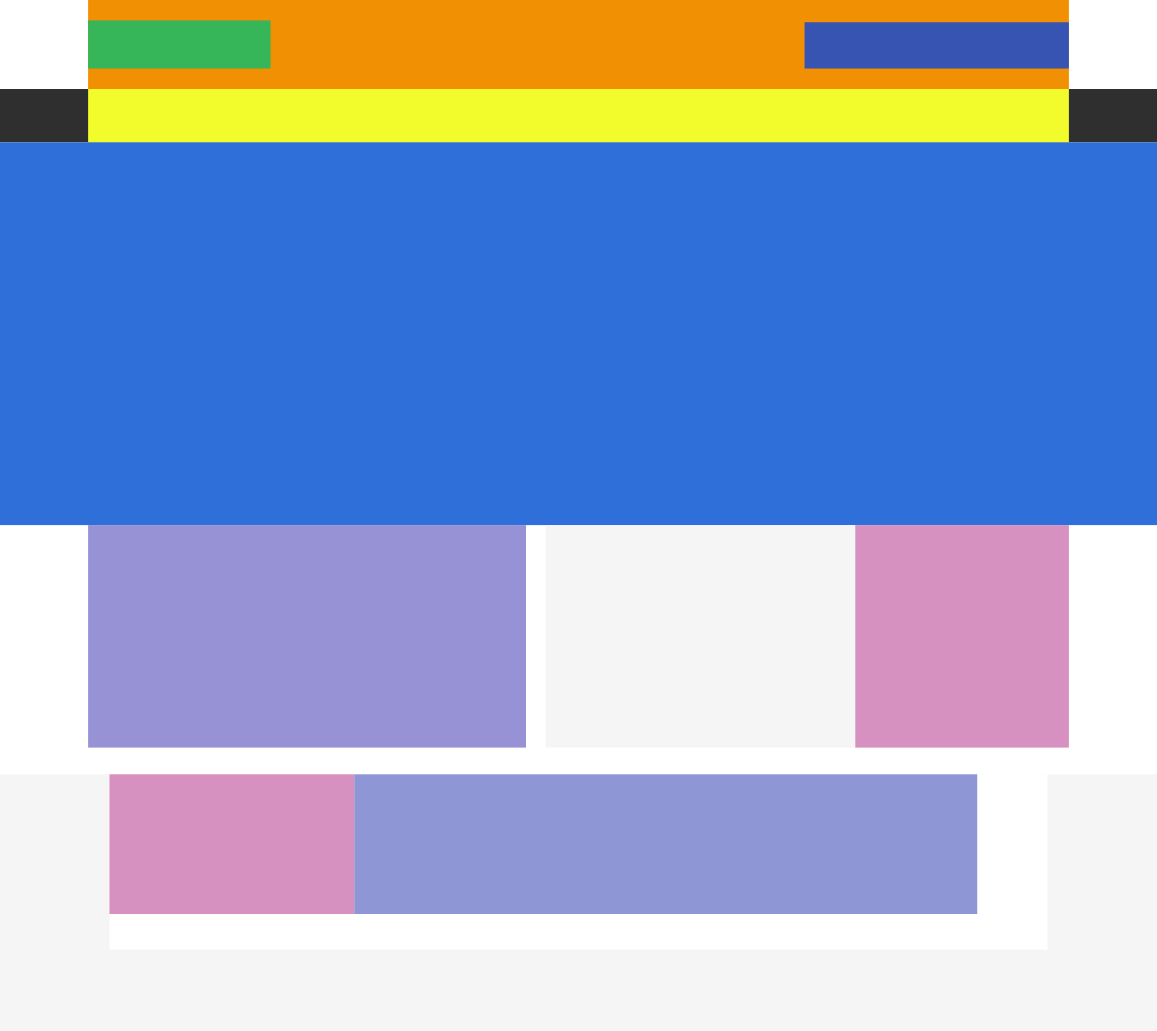
Repository: A1LExX/H5_study_set
Page: day04/扣丁.html
An editor plug-in stored every save of this project. The page is shown before and after the next save, followed by the edit.
The browser window is 1280 px wide. The page is 1300 px wide, so the pictures cover 1300 px, including what lies to the right of the window. The pictures show the whole page, at 89% of full size.

Above is the page before, as saved 2021-06-24 20:30:35.

After the next save:
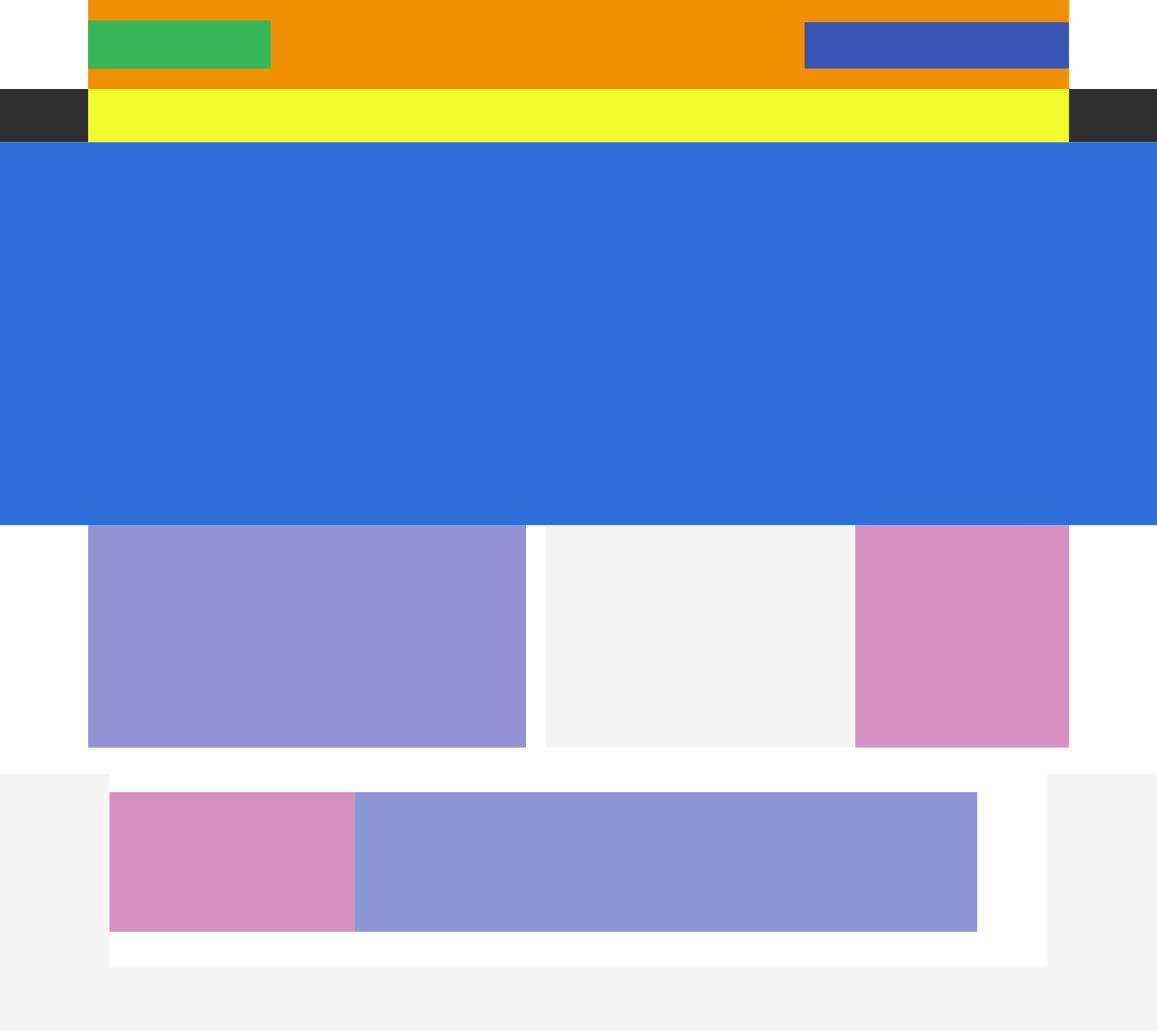
Saved 57 s later.
--- a/day04/css/codingke.css
+++ b/day04/css/codingke.css
@@ -2,7 +2,7 @@
  * @author [Alex Wei]
  * @email [w2262196@outlook.com]
  * @create date 2021-06-24 13:00:50
- * @modify date 2021-06-24 20:30:35
+ * @modify date 2021-06-24 20:31:32
  * @desc [description]
  */
 *{
@@ -89,6 +89,7 @@
     height: 197px;
     background: #ffffff;
     margin: 0 auto;
+    padding-top: 20px;
 }
 .con4Box1{
     width: 275px;
